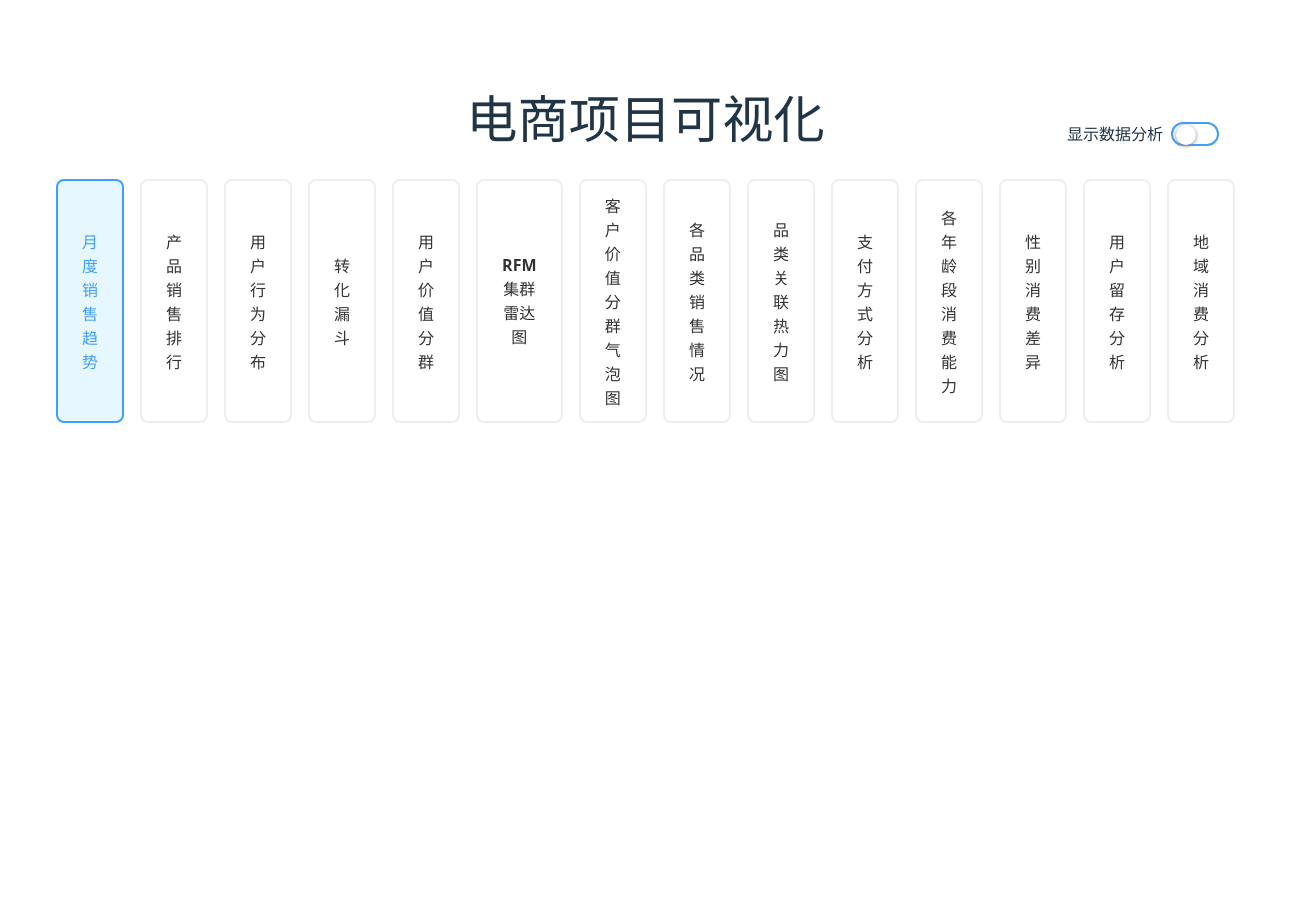
Repository: sakimi-9/DPV-EC
Page: / (app in src/rendering/)
An editor plug-in stored every save of this project. The page is shown before and after the next save, followed by the edit.
The browser window is 1280 px wide. The page is 1291 px wide, so the pictures cover 1291 px, including what lies to the right of the window. The pictures show the whole page.
The page's requests for data from a server got no answer. The project was rebuilt for these pictures with package versions that can differ from the ones it lists, and the page was loaded fresh each time. No one was signed in, and anything a server would have sent is missing. Also part of the build but not shown: src/rendering/vite.config.ts, src/rendering/src/views/ProductRank.vue, src/rendering/src/views/UserBehavior.vue, src/rendering/src/views/Funnel.vue, src/rendering/src/views/RFMScatter.vue, src/rendering/src/views/RFMRadar.vue, src/rendering/src/views/RFMBubble.vue, src/rendering/src/views/CategorySales.vue and 6 more.

Above is the page before, as saved 2025-06-26 00:10:44.

After the next save:
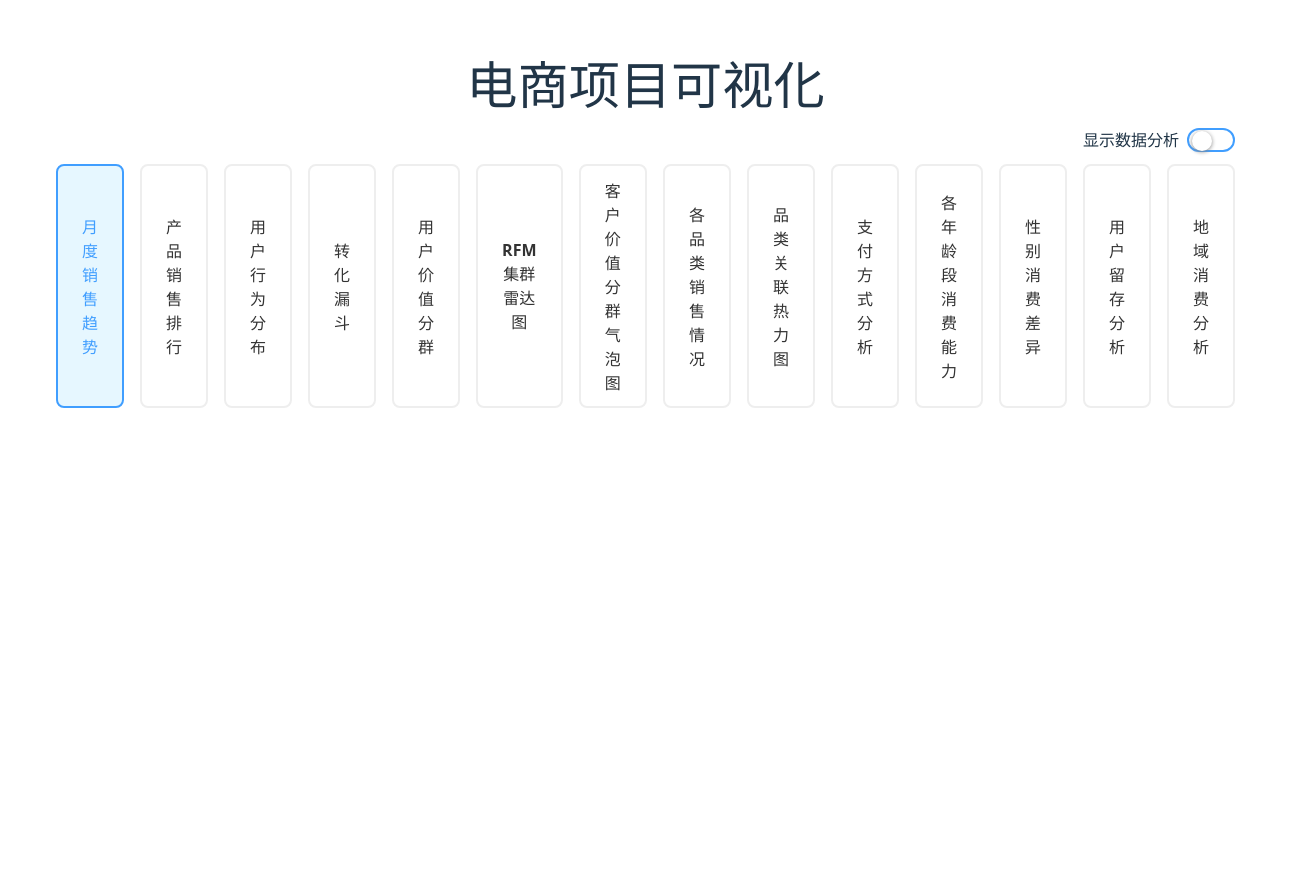
Saved 12 min 49 s later.
--- a/src/rendering/src/App.vue
+++ b/src/rendering/src/App.vue
@@ -1,16 +1,18 @@
 <template>
   <div style="padding: 24px; position: relative; min-height: 100vh;">
-    <h1 style="text-align:center; margin-bottom: 32px;">电商项目可视化</h1>
-    <!-- 右侧显示数据分析开关，顶部与tab栏对齐 -->
-    <div style="position: absolute; top: 90px; right: 40px; z-index: 10; display: flex; align-items: center; gap: 8px;">
-      <span style="font-size: 16px;">显示数据分析</span>
-      <button @click="showAnalysis = !showAnalysis" :style="{
-        width: '48px', height: '24px', borderRadius: '12px', border: '2px solid #409EFF', background: showAnalysis ? '#409EFF' : '#fff', position: 'relative', cursor: 'pointer', transition: 'background 0.2s', padding: 0
-      }">
-        <span :style="{
-          display: 'block', width: '20px', height: '20px', borderRadius: '50%', background: '#fff', position: 'absolute', top: '1px', left: showAnalysis ? '25px' : '3px', boxShadow: '0 1px 4px #888', transition: 'left 0.2s'
-        }"></span>
-      </button>
+    <h1 style="text-align:center; margin-bottom: 16px; margin-top: 0;">电商项目可视化</h1>
+    <!-- 显示数据分析开关，放在大标题下方、标签卡片上方，居右 -->
+    <div style="width: 100%; display: flex; justify-content: flex-end; align-items: center; margin-bottom: 12px;">
+      <div style="display: flex; align-items: center; gap: 8px;">
+        <span style="font-size: 16px;">显示数据分析</span>
+        <button @click="showAnalysis = !showAnalysis" :style="{
+          width: '48px', height: '24px', borderRadius: '12px', border: '2px solid #409EFF', background: showAnalysis ? '#409EFF' : '#fff', position: 'relative', cursor: 'pointer', transition: 'background 0.2s', padding: 0
+        }">
+          <span :style="{
+            display: 'block', width: '20px', height: '20px', borderRadius: '50%', background: '#fff', position: 'absolute', top: '1px', left: showAnalysis ? '25px' : '3px', boxShadow: '0 1px 4px #888', transition: 'left 0.2s'
+          }"></span>
+        </button>
+      </div>
     </div>
     <div style="display: flex; justify-content: center; gap: 16px; margin-bottom: 32px;">
       <button v-for="(tab, idx) in tabs" :key="tab.key" :style="{
